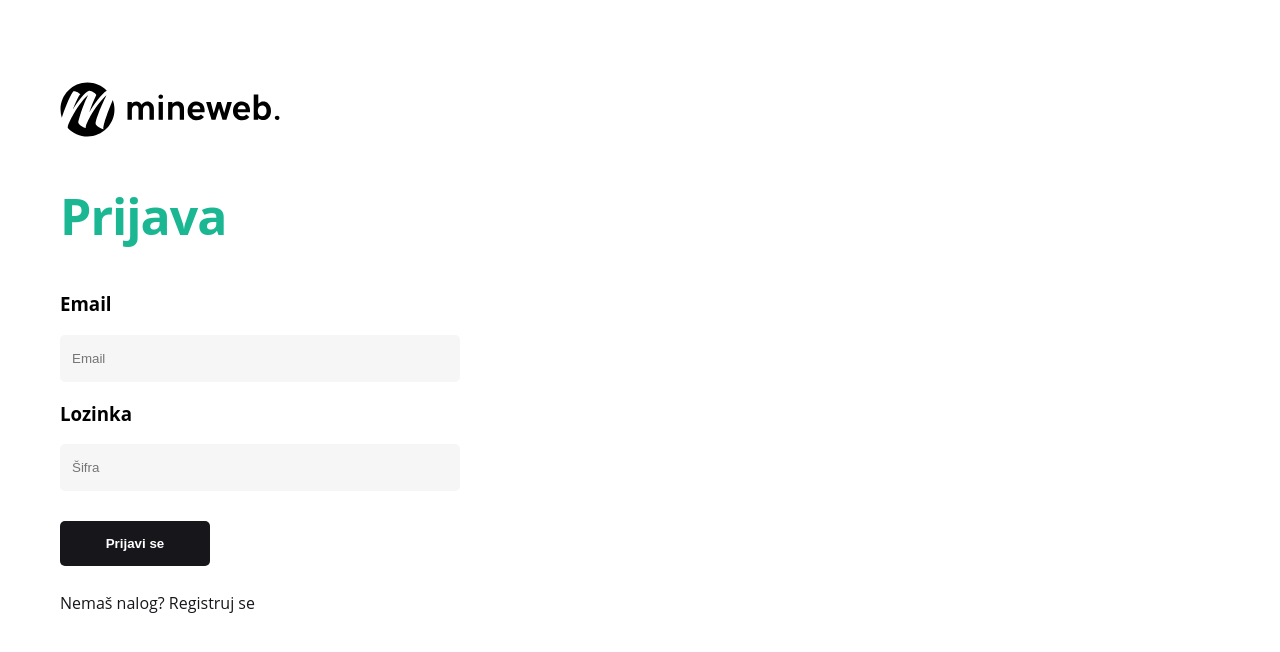
Repository: mihailomitrovic/taskmanager
Page: http://localhost/stranice/prijava.php
An editor plug-in stored every save of this project. The page is shown before and after the next save, followed by the edit.
The browser window is 1280 px wide. The pictures show the whole page.
The page is run by PHP 8.4 with error messages shown; the project is at /var/www/html/.

Above is the page before, as saved 2023-04-20 12:35:58.

After the next save:
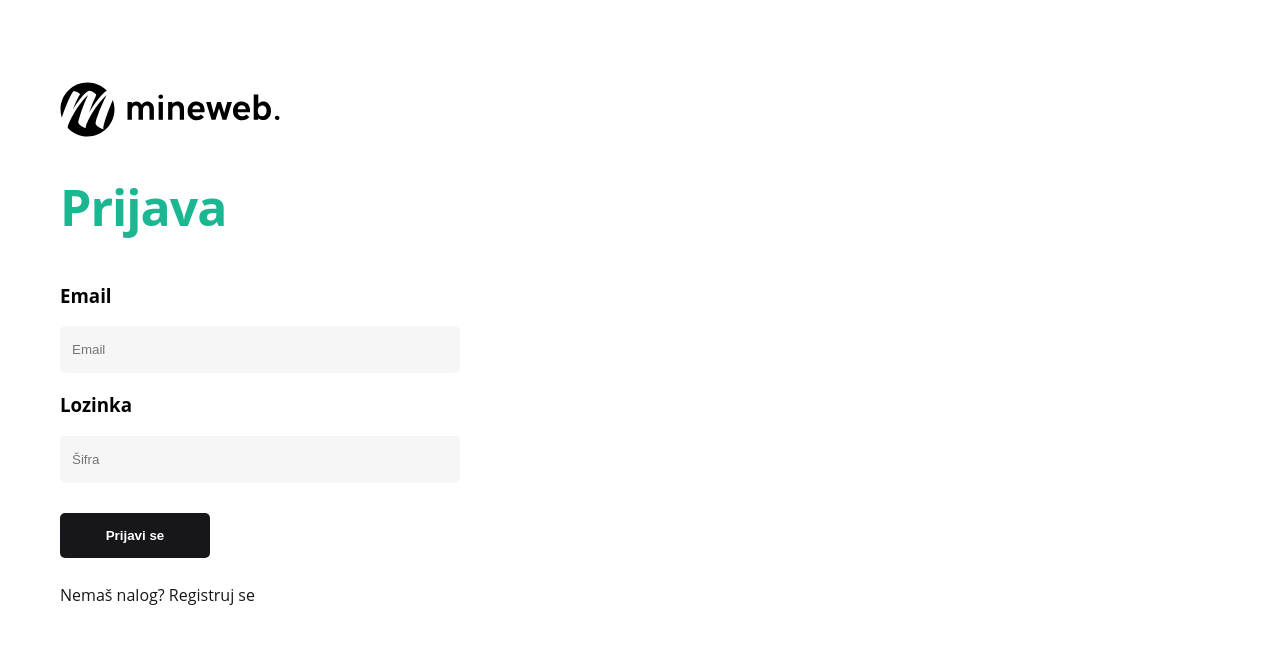
Saved 14 s later.
--- a/style/style.css
+++ b/style/style.css
@@ -39,7 +39,7 @@
     display: flex;
     width: 220px;
     position: static;
-    margin-bottom: 50px;
+    margin-bottom: 20px;
 }
 
 #logo {

After the save that followed:
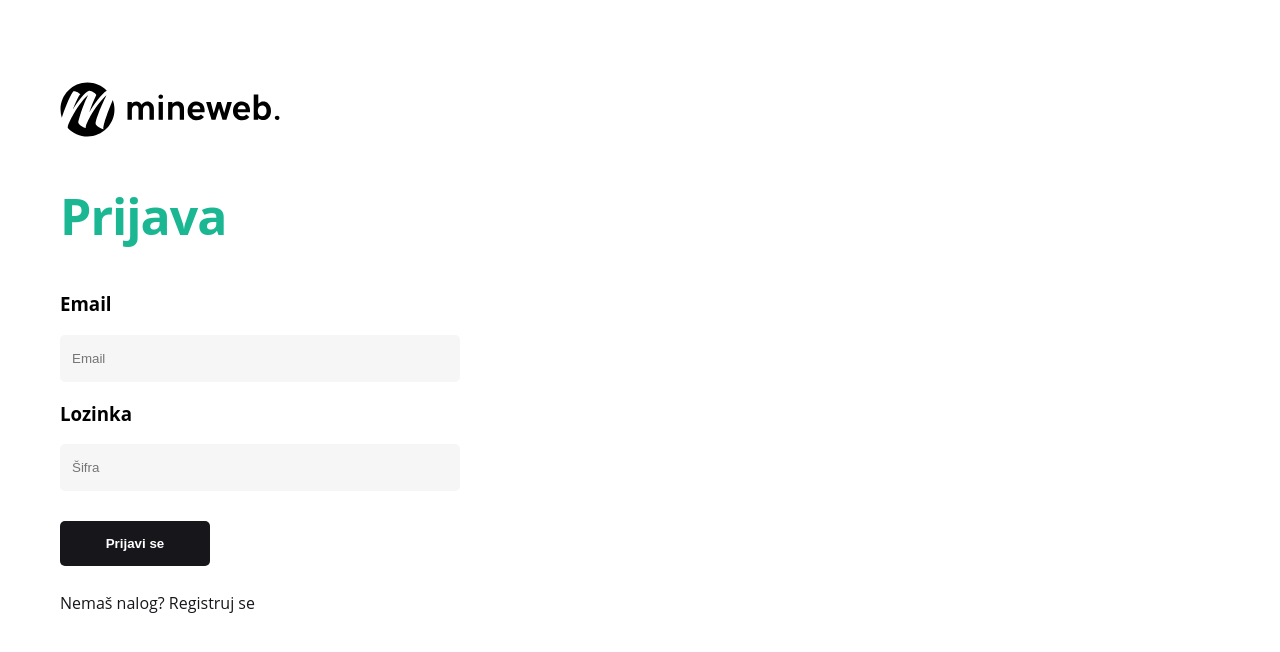
Saved 13 s later.
--- a/style/style.css
+++ b/style/style.css
@@ -39,7 +39,7 @@
     display: flex;
     width: 220px;
     position: static;
-    margin-bottom: 20px;
+    margin-bottom: 50px;
 }
 
 #logo {
